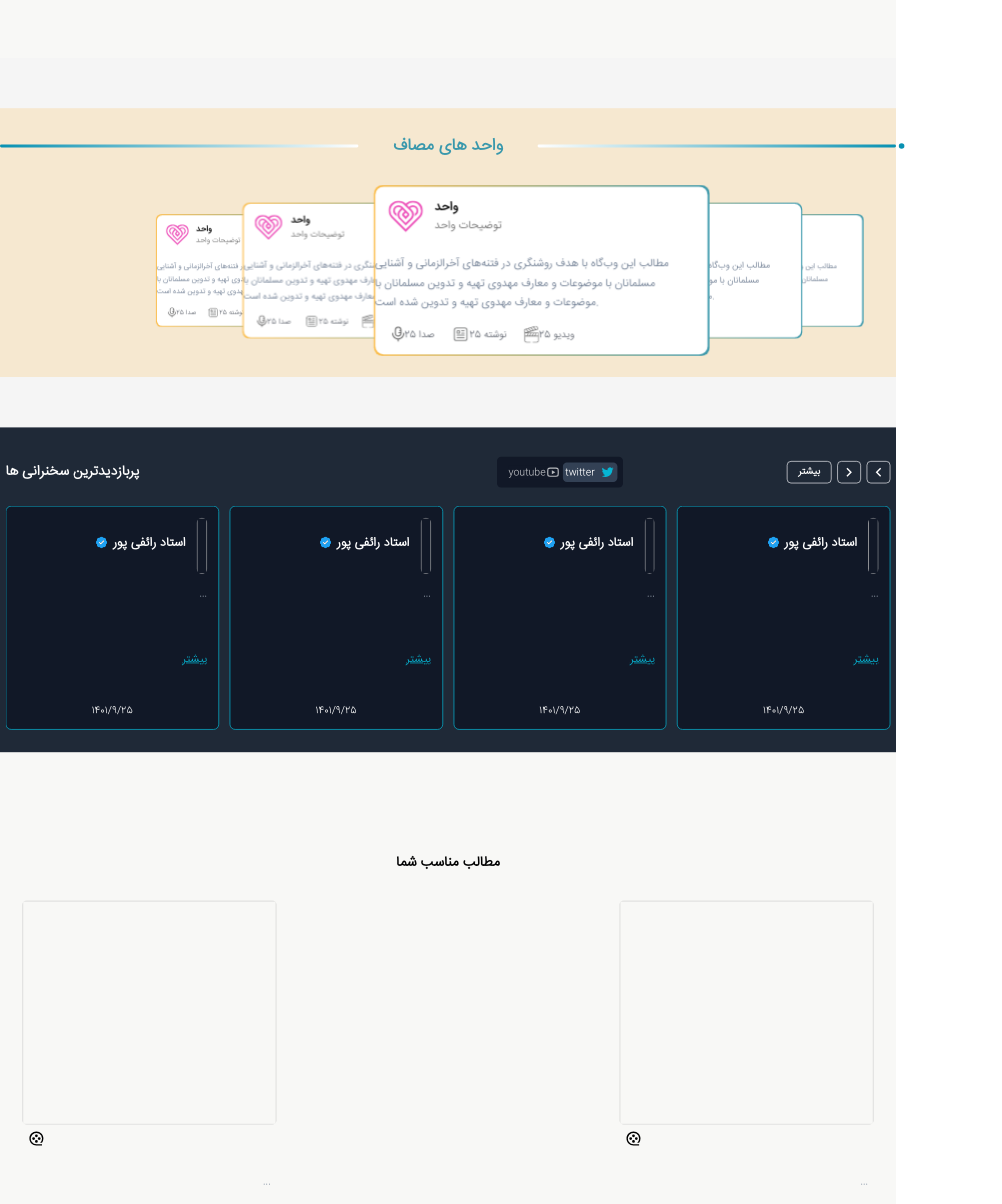
Repository: homan-tehrani/uiUserNative
Page: /
The author's editor kept a copy of each file at every save. The page is drawn from the files as they stood at one save, then again after the next save.
The browser window is 1280 px wide. The page is 1432 px wide, so the pictures cover 1432 px, including what lies to the right of the window. The pictures show the part of the page from y = 2172 to 3892 px (the page is 5134 px tall), at 70% of full size.
The page's requests for data from a server got no answer. The project was rebuilt for these pictures with package versions that can differ from the ones it lists, and the page was loaded fresh each time. The framework's server and built-in components were replaced by stand-ins that run in the browser. No one was signed in, and anything a server would have sent is missing. Also part of the build but not shown: next.config.js, src/components/MenuForUnits.js, src/components/AccordionForUnits.js, src/components/MenuResponsive.js.

Above is the page before, as saved 2023-04-25 09:44:20.

### src/pages/_app.js
import Layoute from 'components/layout/Layoute'
import 'styles/globals.css'

export default function App({ Component, pageProps }) {
  return <Layoute>
    <Component {...pageProps} />
  </Layoute>
}

### src/pages/index.js
import Head from 'next/head';
import Layoute from '../components/layout/Layoute';
import Loading from '../components/loading';
import Slider from '../components/Slider';
import Album1 from '../components/Album1';
import Invitation from '../components/Invitation';
import Album2 from '../components/Album2';
import Description from '../components/Description';
import Album3 from '../components/Album3';
import Suggestion from '../components/Suggestion';
import { useEffect } from 'react';

export default function Home({ datas }) {
  return (
    <>
      <Head>
        <title>خانه</title>
        <meta
          name="description"
          content="Generated by create next app"
        />
        <meta
          name="viewport"
          content="width=device-width, initial-scale=1"
        />
        <link rel="icon" href="/favicon.ico" />
      </Head>
      <main className="bg-[#F8F8F6]">

        <>
          <Slider />
          <Album1 />
          <Invitation />
          <Album2 />
          <Description />
          <Album3 />
          <Suggestion />
        </>

      </main>
    </>
  );
}

// export async function getStaticProps(context){

//   const res = await fetch("https://nativecontent.sirafgroup.com/api/v1/tag/contentByTag/")
//   const data = await res.json(res)
//   console.log(data);

//   if (!data) {
//     return {
//       notFound: true,
//     }
//   }

//   return{
//     props: {

//     }
//   }

// }

### src/components/layout/Layoute.js
import React from "react";
import Header from "./Header";
import Fotter from "./Fotter";
import Speech from "../Speech";

export default function Layoute({ children , datas }) {
  return (
    <>
      <Header  />
      <div>{children}</div>
      <Speech />
      <Fotter datas={datas} />
    </>
  );
}

### src/styles/globals.css
@tailwind base;
@tailwind components;
@tailwind utilities;

@font-face {
    font-family: iransans;
    src: url("../../public/assets/fonts/iransans/irsans-l.woff");
}

html , body{
    font-family: iransans;
  }

.slider-master
.swiper-pagination-bullet{
  width: 14px;
  height: 14px;
  background-color: #3998AC;
}

.slider-master
.swiper-pagination-bullet-active {
  width: 60px;
  border-radius: 60px;
}

### src/components/loading.js
const Loading =()=> {
    return (
      <div className="w-full h-full flex justify-center items-center py-5">
        <svg aria-hidden="true" class="w-12 h-12 text-gray-200 animate-spin dark:text-gray-600 fill-cyan-600" viewBox="0 0 100 101" fill="none" xmlns="http://www.w3.org/2000/svg">
            <path d="M100 50.5908C100 78.2051 77.6142 100.591 50 100.591C22.3858 100.591 0 78.2051 0 50.5908C0 22.9766 22.3858 0.59082 50 0.59082C77.6142 0.59082 100 22.9766 100 50.5908ZM9.08144 50.5908C9.08144 73.1895 27.4013 91.5094 50 91.5094C72.5987 91.5094 90.9186 73.1895 90.9186 50.5908C90.9186 27.9921 72.5987 9.67226 50 9.67226C27.4013 9.67226 9.08144 27.9921 9.08144 50.5908Z" fill="currentColor"/>
            <path d="M93.9676 39.0409C96.393 38.4038 97.8624 35.9116 97.0079 33.5539C95.2932 28.8227 92.871 24.3692 89.8167 20.348C85.8452 15.1192 80.8826 10.7238 75.2124 7.41289C69.5422 4.10194 63.2754 1.94025 56.7698 1.05124C51.7666 0.367541 46.6976 0.446843 41.7345 1.27873C39.2613 1.69328 37.813 4.19778 38.4501 6.62326C39.0873 9.04874 41.5694 10.4717 44.0505 10.1071C47.8511 9.54855 51.7191 9.52689 55.5402 10.0491C60.8642 10.7766 65.9928 12.5457 70.6331 15.2552C75.2735 17.9648 79.3347 21.5619 82.5849 25.841C84.9175 28.9121 86.7997 32.2913 88.1811 35.8758C89.083 38.2158 91.5421 39.6781 93.9676 39.0409Z" fill="currentFill"/>
        </svg>
      </div>
    );
  }

  export default Loading;

### src/components/Slider.js
import React, { useEffect, useState } from "react";
import { Swiper, SwiperSlide } from "swiper/react";
import { Navigation, EffectFade, Pagination, Scrollbar, A11y } from "swiper";
import { useRef } from "react";
import Loading from "./loading";
import ImageProfile from "assets/images/image.jpg";

import "swiper/css";
import "swiper/css/navigation";
import "swiper/css/pagination";
import "swiper/css/scrollbar";
import { sliderPhoto } from "../../src/db.json";
import Survey from "./Survey";

export default function Slider() {
  const [imagesSlider, setImagesSlider] = useState(null);
  const swiperRef = useRef();

  useEffect(() => {
    setImagesSlider(sliderPhoto);
  }, []);

  if (!imagesSlider) {
    return <Loading />;
  }

  return (
    <div className="container mx-auto w-full h-full  py-7 px-2">
      <Swiper
        wrapperClass="w-full"
        modules={[Navigation, Pagination, Scrollbar, A11y, EffectFade, Pagination]}
        spaceBetween="auto"
        loop={true}
        autoplay={{
          delay: 1000,
          disableOnInteraction: false,
        }}
        navigation={{
            nextEl: '.swiper-button-next',
            prevEl: '.swiper-button-prev',
        }}
        onBeforeInit={(swiper) => {
          swiperRef.current = swiper;
        }}
        slidesPerView={1}
        effect="fade"
        className="slider-master max-h-[32rem] min-h-full rounded-3xl overflow-hidden"
      >
        {imagesSlider.map((item) => (
          <SwiperSlide key={item.id} className="w-full h-full">
            <img
              className="w-full h-[32rem] object-cover"
              src="assets/images/image.jpg"
            />
          </SwiperSlide>
        ))}
        <div
          className="swiper-button-prev !text-white mx-8 after:!text-4xl"
        ></div>
        <div
          className="swiper-button-next !text-white mx-8 after:!text-4xl"
        ></div>

      </Swiper>
      <div className="custom-pagination"></div>
      <Survey/>

       </div>

  );
}

### src/components/Album3.js
import React, { useRef, useState, useEffect } from 'react';
import { Swiper, SwiperSlide } from 'swiper/react';
import 'swiper/css';
import 'swiper/css/pagination';
import { Pagination, Navigation } from 'swiper';
import Loading from './loading';
import MorSpeech from './MorSpeech';
import { albumPhoto3 } from '../../src/db.json';
import Link from 'next/link';

export default function Album3() {
  const [albumPhotos3, setAlbumPhotos3] = useState(null);

  const swiperRef = useRef();
  useEffect(() => {
    setAlbumPhotos3(albumPhoto3);
  }, []);

  const nextSlideHandler = () => {
    swiperRef.current?.slideNext();
  };

  const prevSlideHandler = () => {
    swiperRef.current?.slidePrev();
  };

  useEffect(() => {
    const fetchData = async () => {
      const response = await fetch(
        'https://nativecontent.sirafgroup.com/api/v1/category/contentByCategory/?categoryId=1&count=10'
      );
      const data = await response.json();
      setAlbumPhotos3(data.data);
    };
    fetchData();
  }, []);

  if (!albumPhotos3) {
    return <Loading />;
  }

  return (
    <div className="bg-gray-800 pt-16 md:pt-12 pb-8 mb-16  px-2 ">
      <div className="-translate-y-8 container mx-auto ">
        <div className="flex -translate-y-3 sm:translate-y-8 lg:translate-x-40 w-full items-center justify-center  gap-x-1 h-8   text-xsm text-white  px-1 rounded-sm">
          <div className="bg-gray-900  p-2 rounded-md flex items-center ">
            <Link
              href="http://www.youtube.com"
              className="text-sm opacity-70 bg-gray-900 ml-2"
            >
              youtube
              <svg
                xmlns="http://www.w3.org/2000/svg"
                className="fill-white inline mr-1"
                viewBox="0 0 24 24"
                width="20"
                height="20"
              >
                <path fill="none" d="M0 0h24v24H0z" />
                <path d="M19.606 6.995c-.076-.298-.292-.523-.539-.592C18.63 6.28 16.5 6 12 6s-6.628.28-7.069.403c-.244.068-.46.293-.537.592C4.285 7.419 4 9.196 4 12s.285 4.58.394 5.006c.076.297.292.522.538.59C5.372 17.72 7.5 18 12 18s6.629-.28 7.069-.403c.244-.068.46-.293.537-.592C19.715 16.581 20 14.8 20 12s-.285-4.58-.394-5.005zm1.937-.497C22 8.28 22 12 22 12s0 3.72-.457 5.502c-.254.985-.997 1.76-1.938 2.022C17.896 20 12 20 12 20s-5.893 0-7.605-.476c-.945-.266-1.687-1.04-1.938-2.022C2 15.72 2 12 2 12s0-3.72.457-5.502c.254-.985.997-1.76 1.938-2.022C6.107 4 12 4 12 4s5.896 0 7.605.476c.945.266 1.687 1.04 1.938 2.022zM10 15.5v-7l6 3.5-6 3.5z" />
              </svg>
            </Link>
            <Link
              href="http://www.twitter.com"
              className="text-sm bg-slate-700 p-1 rounded-md"
            >
              twitter
              <svg
                xmlns="http://www.w3.org/2000/svg"
                className="fill-cyan-500 inline ml-2"
                viewBox="0 0 24 24"
                width="20"
                height="20"
              >
                <path fill="none" d="M0 0h24v24H0z" />
                <path d="M22.162 5.656a8.384 8.384 0 0 1-2.402.658A4.196 4.196 0 0 0 21.6 4c-.82.488-1.719.83-2.656 1.015a4.182 4.182 0 0 0-7.126 3.814 11.874 11.874 0 0 1-8.62-4.37 4.168 4.168 0 0 0-.566 2.103c0 1.45.738 2.731 1.86 3.481a4.168 4.168 0 0 1-1.894-.523v.052a4.185 4.185 0 0 0 3.355 4.101 4.21 4.21 0 0 1-1.89.072A4.185 4.185 0 0 0 7.97 16.65a8.394 8.394 0 0 1-6.191 1.732 11.83 11.83 0 0 0 6.41 1.88c7.693 0 11.9-6.373 11.9-11.9 0-.18-.005-.362-.013-.54a8.496 8.496 0 0 0 2.087-2.165z" />
              </svg>
            </Link>
          </div>
        </div>
        <MorSpeech
          classMore="white"
          colorIcon="fill-white"
          colorText="text-white"
          nextButtonHandler={nextSlideHandler}
          prevButtonHandler={prevSlideHandler}
          content="پربازدیدترین سخنرانی ها"
        />
      </div>

      <Swiper
        slidesPerView={4}
        spaceBetween={15}
        modules={[Pagination, Navigation]}
        onBeforeInit={(swiper) => {
          swiperRef.current = swiper;
        }}
        breakpoints={{
          // when window width is >= 640px
          0: {
            slidesPerView: 1,
          },
          400: {
            slidesPerView: 2,
          },
          640: {
            slidesPerView: 3,
          },
          1024: {
            slidesPerView: 4,
          },
        }}
        className="container h-80  "
      >
        {albumPhotos3.map((item) => (
          <SwiperSlide
            key={item.id}
            dir="rtl"
            className=" bg-gray-900  p-4  text-white border border-cyan-500 rounded-lg cursor-pointer"
          >
            <Link
              href={`/units/${item.id}`}
              className="w-full h-full  flex flex-col justify-between "
            >
              <div className="flex  items-center w-full  ">
                <div className="w-24 h-20 rounded-full overflow-hidden">
                  <img
                    src={item.coverImage}
                    alt={item.title}
                    className="w-full h-full"
                  />
                </div>
                <div
                  dir="rtl"
                  className="flex flex-col items-start pr-4 text-lg"
                >
                  <p className="font-bold mb-2">
                    استاد رائفی پور
                    <svg
                      width="16"
                      height="17"
                      viewBox="0 0 16 17"
                      className="inline mr-2"
                      fill="none"
                      xmlns="http://www.w3.org/2000/svg"
                    >
                      <path
                        fill-rule="evenodd"
                        clip-rule="evenodd"
                        d="M5.34778 1.71013C5.85112 0.72607 6.84948 0.0551758 8 0.0551758C9.15052 0.0551758 10.1489 0.726069 10.6522 1.71012C11.6796 1.38313 12.8433 1.6403 13.6569 2.48339C14.4704 3.32646 14.7186 4.53243 14.403 5.5971C15.3526 6.11871 16 7.15331 16 8.3456C16 9.5379 15.3526 10.5725 14.403 11.0941C14.7186 12.1588 14.4704 13.3647 13.6569 14.2078C12.8433 15.0509 11.6796 15.3081 10.6522 14.9811C10.1489 15.9651 9.15052 16.636 8 16.636C6.84947 16.636 5.85112 15.9651 5.34778 14.9811C4.32041 15.3081 3.15669 15.0509 2.34314 14.2078C1.52961 13.3647 1.28144 12.1588 1.59698 11.0941C0.647392 10.5725 0 9.5379 0 8.3456C0 7.15331 0.647391 6.11871 1.59697 5.5971C1.28143 4.53243 1.5296 3.32646 2.34314 2.48339C3.15669 1.64031 4.32041 1.38313 5.34778 1.71013ZM11.81 6.26519C11.8686 6.32589 11.8686 6.42431 11.81 6.48502L7.07236 11.3946C7.01378 11.4553 6.91881 11.4553 6.86023 11.3946L4.24393 8.68335C4.18536 8.62265 4.18536 8.52422 4.24393 8.46352L5.09246 7.58419C5.15104 7.52348 5.24602 7.52348 5.30459 7.58419L6.86023 9.1963C6.91881 9.257 7.01378 9.257 7.07236 9.1963L10.7493 5.38585C10.8079 5.32515 10.9029 5.32515 10.9614 5.38585L11.81 6.26519Z"
                        fill="#1EA1F2"
                      />
                      <path
                        d="M11.81 6.48502C11.8686 6.42431 11.8686 6.32589 11.81 6.26519L10.9614 5.38585C10.9029 5.32515 10.8079 5.32515 10.7493 5.38585L7.07236 9.1963C7.01378 9.257 6.91881 9.257 6.86023 9.1963L5.30459 7.58419C5.24602 7.52348 5.15104 7.52348 5.09246 7.58419L4.24393 8.46352C4.18536 8.52422 4.18536 8.62265 4.24393 8.68335L6.86023 11.3946C6.91881 11.4553 7.01378 11.4553 7.07236 11.3946L11.81 6.48502Z"
                        fill="white"
                      />
                    </svg>
                  </p>

                  <p className="truncate w-60 font-bold">
                    {item.title}
                  </p>
                </div>
              </div>

              <div className=" w-full h-10 text-sm -translate-y-6">
                <p className="text-slate-300 mt-2">
                  {item?.summary?.substring(0, 150)}...
                </p>
              </div>

              <div className=" w-full h-10 ">
                <Link
                  className="text-cyan-500 "
                  href={`/units/${item.id}`}
                >
                  <u>بیشتر</u>
                </Link>
              </div>

              <div className=" text-center text-sm">
                <p>1401/9/25</p>
              </div>
            </Link>
          </SwiperSlide>
        ))}
      </Swiper>
    </div>
  );
}

### src/components/Speech.js
import React, { useEffect, useState } from "react";
import Loading from "./loading";
import {speech} from "../../src/db.json"

export default function Speech({ datas }) {
  const [imageSpeech, setImageSpeech] = useState(null);
  useEffect(() => {
    setImageSpeech(speech);
  }, []);

  if (!imageSpeech) {
    return <Loading />;
  }
  return (
    <div className="w-full flex justify-center items-center relative ">
      <div className="flex flex-col w-full h-max">
        <div className="flex flex-col w-full ">
          <img
            src={imageSpeech[0].src}
            alt={imageSpeech[0].alt}
            className="w-full h-full object-cover"
          />
        </div>
      </div>
    </div>
  );
}

### src/components/MorSpeech.js
import React from 'react'


export default function MorSpeech({nextButtonHandler , prevButtonHandler , icons , underline , content , colorIcon , colorText , classMore , moreHandler,addHandler}) {

  return (
    <div  className='flex flex-col justify-center   w-full h-max '>
      <div className='flex justify-between items-center gap-x-0   md:px-0 xs:gap-x-6 '>
        <p className={`${colorText} font-bold text-xl`}>{content}</p>

        {icons && <div  className='flex items-center justify-center w-max gap-x-1 h-8 bg-gray-900 ml-96 text-xsm text-white  px-1 rounded-sm'>

        <button className='flex items-center justify-center gap-x-1 opacity-70'>
        <p>youtube</p>
        <svg xmlns="http://www.w3.org/2000/svg" className='fill-white' viewBox="0 0 24 24" width="20" height="20"><path fill="none" d="M0 0h24v24H0z"/><path d="M19.606 6.995c-.076-.298-.292-.523-.539-.592C18.63 6.28 16.5 6 12 6s-6.628.28-7.069.403c-.244.068-.46.293-.537.592C4.285 7.419 4 9.196 4 12s.285 4.58.394 5.006c.076.297.292.522.538.59C5.372 17.72 7.5 18 12 18s6.629-.28 7.069-.403c.244-.068.46-.293.537-.592C19.715 16.581 20 14.8 20 12s-.285-4.58-.394-5.005zm1.937-.497C22 8.28 22 12 22 12s0 3.72-.457 5.502c-.254.985-.997 1.76-1.938 2.022C17.896 20 12 20 12 20s-5.893 0-7.605-.476c-.945-.266-1.687-1.04-1.938-2.022C2 15.72 2 12 2 12s0-3.72.457-5.502c.254-.985.997-1.76 1.938-2.022C6.107 4 12 4 12 4s5.896 0 7.605.476c.945.266 1.687 1.04 1.938 2.022zM10 15.5v-7l6 3.5-6 3.5z"/></svg>
            </button>
        <button className='flex items-center justify-center gap-x-1 bg-slate-700 p-1 rounded-md'>
        <p>twitter</p>
          <svg xmlns="http://www.w3.org/2000/svg" className='fill-cyan-500' viewBox="0 0 24 24" width="20" height="20"><path fill="none" d="M0 0h24v24H0z"/><path d="M22.162 5.656a8.384 8.384 0 0 1-2.402.658A4.196 4.196 0 0 0 21.6 4c-.82.488-1.719.83-2.656 1.015a4.182 4.182 0 0 0-7.126 3.814 11.874 11.874 0 0 1-8.62-4.37 4.168 4.168 0 0 0-.566 2.103c0 1.45.738 2.731 1.86 3.481a4.168 4.168 0 0 1-1.894-.523v.052a4.185 4.185 0 0 0 3.355 4.101 4.21 4.21 0 0 1-1.89.072A4.185 4.185 0 0 0 7.97 16.65a8.394 8.394 0 0 1-6.191 1.732 11.83 11.83 0 0 0 6.41 1.88c7.693 0 11.9-6.373 11.9-11.9 0-.18-.005-.362-.013-.54a8.496 8.496 0 0 0 2.087-2.165z"/></svg>

          </button>
        </div>}
        <div className='flex gap-x-2 '>
            <button onClick={()=>moreHandler} className={`text-${classMore} border border-${classMore} xs:w-12 font-bold text-sm rounded-md w-16 h-8`}>بیشتر</button>
            <button className='border rounded-md px-1' onClick={prevButtonHandler}>
            <svg xmlns="http://www.w3.org/2000/svg" className={colorIcon} viewBox="0 0 24 24" width="24" height="24"><path fill="none" d="M0 0h24v24H0z"/><path d="M13.172 12l-4.95-4.95 1.414-1.414L16 12l-6.364 6.364-1.414-1.414z"/></svg>
            </button>
            <button className='border rounded-md px-1 ' onClick={nextButtonHandler}>
            <svg xmlns="http://www.w3.org/2000/svg" className={colorIcon} viewBox="0 0 24 24" width="24" height="24"><path fill="none" d="M0 0h24v24H0z"/><path d="M10.828 12l4.95 4.95-1.414 1.414L8 12l6.364-6.364 1.414 1.414z"/></svg>
            </button>
        </div>
      </div>
      {underline && <div className='bg-blue-200 h-0.5 w-full mt-3 bg-gradient-to-l from-blue-300 to-white'></div>}
    </div>
  )
}

### tailwind.config.js
/** @type {import('tailwindcss').Config} */
module.exports = {
  content: [
    "./app/**/*.{js,ts,jsx,tsx}",
    "./pages/**/*.{js,ts,jsx,tsx}",
    "./components/**/*.{js,ts,jsx,tsx}",

    // Or if using `src` directory:
    "./src/**/*.{js,ts,jsx,tsx}",
  ],
  theme: {
    extend: {
      screens:{
        'xs':{'max':'430px'},
      },
      spacing: {
        '148': '37rem',
        '120':'36rem',
        '152':'42rem',
        '90':'25rem',
        '98':'28rem',
        '100':'30rem',
        '110':'33rem',
        'ppx':'0.5px',
        '400px': '400px',
        '300px':'300px',
        '1200px':'1200px',
        '370px':'370px',
        '305px':'305px',
        '282px':'282px'
      },
      fontSize:{
        tsm:['13px','19px'],
        ssm:['12px','18px'],
        xsm:['11px','17px'],
        xxsm:['10px','16px'],
        xxxsm:['8px','12px'],
      },
    },
  },
  plugins: [],
}

Loaded but not shown: src/db.json (58 lines, source omitted); src/components/layout/Header.js (172 lines, source omitted); src/components/layout/Fotter.js (133 lines, source omitted); src/components/NavBar.js (92 lines, source omitted); src/components/Description.js (198 lines, source omitted); src/components/Album1.js (169 lines, source omitted); src/components/Invitation.js (47 lines, source omitted); src/components/Survey.js (87 lines, source omitted); src/components/Album2.js (138 lines, source omitted); src/components/Suggestion.js (107 lines, source omitted)

After the next save:
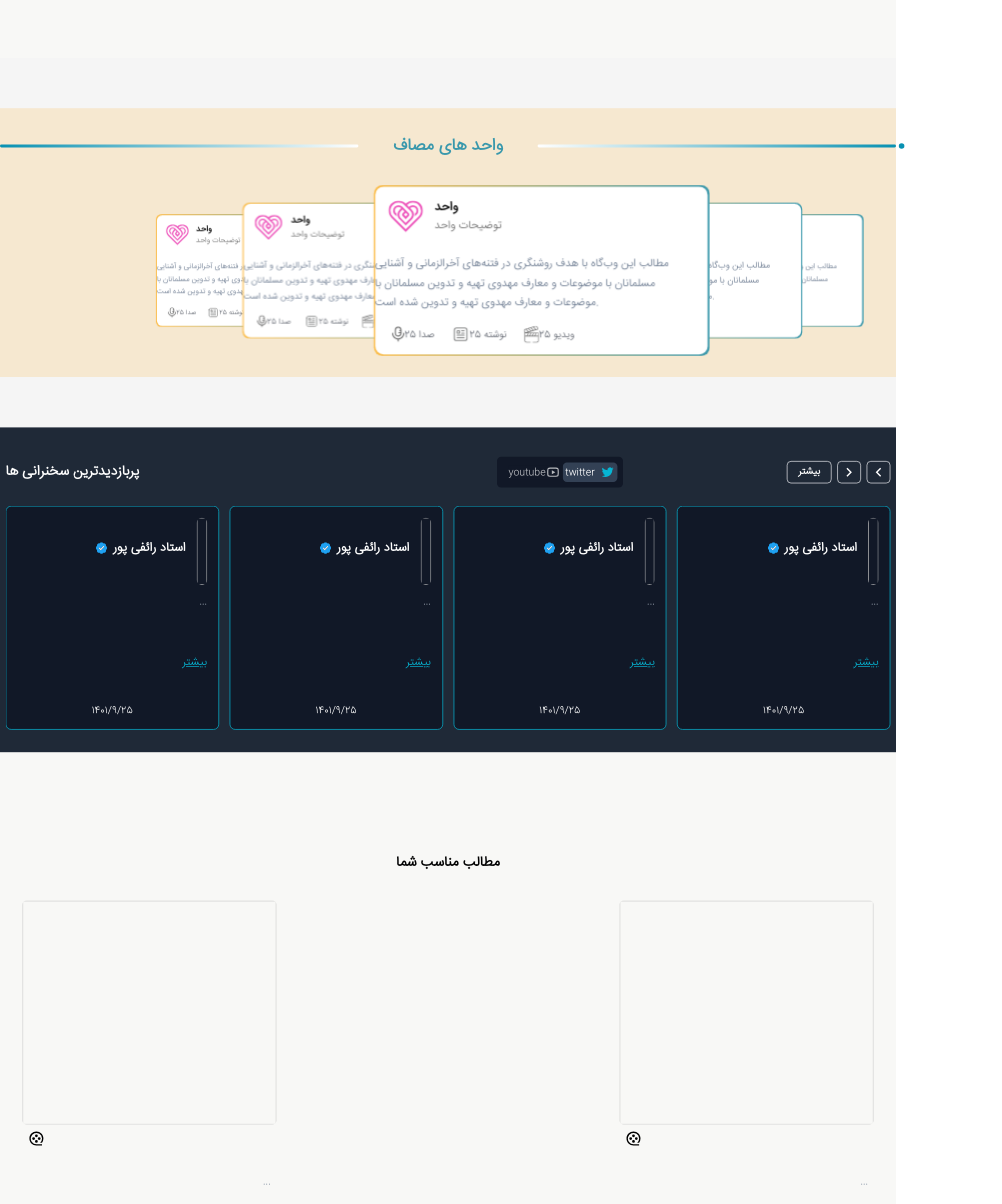
Saved 23 s later.
--- a/src/components/Album3.js
+++ b/src/components/Album3.js
@@ -123,7 +123,7 @@ export default function Album3() {
               className="w-full h-full  flex flex-col justify-between "
             >
               <div className="flex  items-center w-full  ">
-                <div className="w-24 h-20 rounded-full overflow-hidden">
+                <div className="w-24 h-24 rounded-full overflow-hidden">
                   <img
                     src={item.coverImage}
                     alt={item.title}
